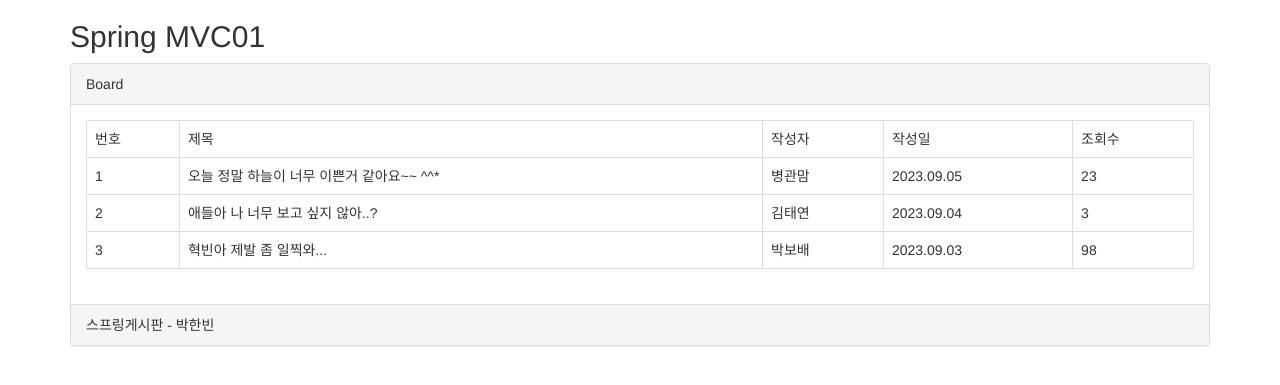
Repository: hanbinpark/Spring
Page: http://localhost/SpringMVC01/
The author's editor kept a copy of each file at every save. The page is drawn from the files as they stood at one save, then again after the next save.
The browser window is 1280 px wide. The pictures show the whole page.
The page is served by Tomcat 9.

Above is the page before, as saved 2023-09-05 02:11:44.

After the next save:
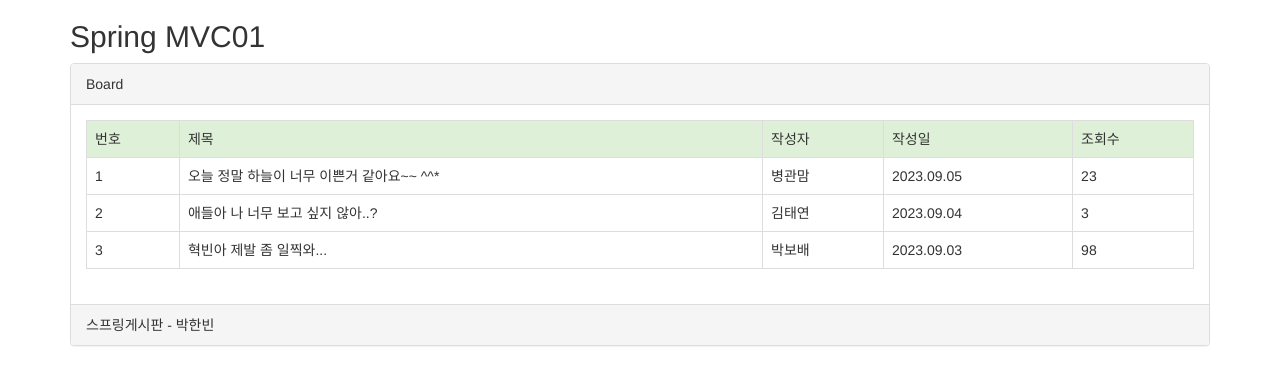
Saved 84 s later.
--- a/SpringMVC01/src/main/webapp/WEB-INF/views/boardList.jsp
+++ b/SpringMVC01/src/main/webapp/WEB-INF/views/boardList.jsp
@@ -17,7 +17,7 @@
 	    <div class="panel-heading">Board</div>
 	    <div class="panel-body">
 			<table class="table table-bordered table-hover">
-				<tr>
+				<tr class="success">
 					<td>번호</td>
 					<td>제목</td>
 					<td>작성자</td>
